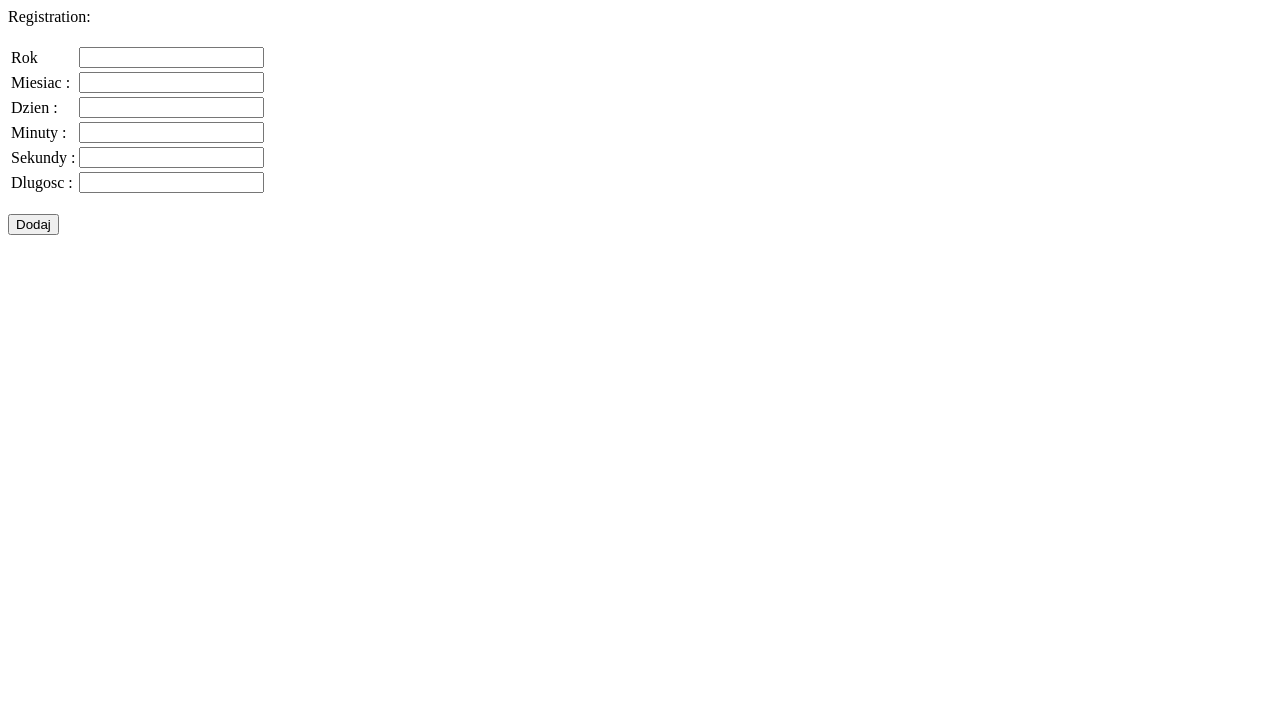
Repository: zlenyk/wrzucak
Page: Shop/WebContent/addTraining.html
An editor plug-in stored every save of this project. The page is shown before and after the next save, followed by the edit.
The browser window is 1280 px wide. The pictures show the whole page.

Above is the page before, as saved 2013-09-24 14:23:42.

### Shop/WebContent/addTraining.html
<!DOCTYPE html>
<html>
<head>
<meta charset="UTF-8">
<title>Insert title here</title>
</head>
<body>
<body class = "back">
  <form method="POST" action="http://localhost:8080/Shop/AddTraining">
    Registration:<br /><br />
    <div class="CSSTableGenerator" >
	    <table>
	    	<tr>
	    		<td>Rok</td> <td><input type="text" name="year" /></td>
	    	</tr>
	    	<tr>
	    		<td>Miesiac :</td> <td><input type="text" name="month" /></td>
	    	</tr>
	    	<tr>
	    		<td>Dzien :</td> <td><input type="text" name="day" /></td>
	    	</tr>
	    	<tr>
	    		<td>Minuty :</td> <td><input type="text" name="minutes" /></td>
	    	</tr>
	    	<tr>
	    		<td>Sekundy :</td> <td><input type="text" name="seconds" /></td>
	    	</tr>
	    	<tr>
	    		<td>Dlugosc :</td> <td><input type="text" name="length" /></td>
	    	</tr>
	    </table>
    </div>
    <br />
    <input type="submit" value="Dodaj" />
  </form>
</body>
</body>
</html>

### Shop/WebContent/style.css
@CHARSET "UTF-8";

html {
    font-family: sans-serif; /* 1 */
}

a {
    background: transparent;
}
a:active,
a:hover {
    outline: 0;
}
h1 {
    font-size: 2em;
    margin: 0.67em 0;
}

fieldset {
    border: 1px solid #c0c0c0;
    margin: 0 2px;
    padding: 0.35em 0.625em 0.75em;
}

button,
input,
select,
textarea {
    font-family: inherit; /* 1 */
    font-size: 100%; /* 2 */
    margin: 0; /* 3 */
}

.back {
	background-image:url("images/running_background.jpg");
	background-size:100% 650px;
}

ul, ul li {
	display: block;
	list-style: none;
	margin: 0;
	padding: 0;
}

ul {
	width: 150px;
	padding: 2px 2px 1px 2px;
	background-color: #9ce;
	border: 3px double #28e;
}

ul li {
	border-bottom: 1px solid #9ce;
}

ul a:link, ul a:visited {
	display: block;
	width: 126px;
	text-decoration: none;
	padding: 7px;
	font-weight: bold;
	background-color: #27c;
	color: #def;
	border-left: 10px solid #25b;
}

ul a:hover {
	width: 136px;
	background-color: #28e;
	color: #fff;
	border-left: 20px solid #26d;
}
.box
{
	font-size: 12px;
	margin: 45px;
	width: 480px;
	text-align: left;
	border-collapse: collapse;
}
.box th
{
	font-size: 13px;
	font-weight: normal;
	padding: 8px;
	background: #b9c9fe;
	border-top: 4px solid #aabcfe;
	border-bottom: 1px solid #fff;
	color: #039;
}
.box td
{
	padding: 8px;
	background: #e8edff;
	border-bottom: 1px solid #fff;
	color: #669;
	border-top: 1px solid transparent;
}
.box tr:hover td
{
	background: #d0dafd;
	color: #339;
}

After the next save:
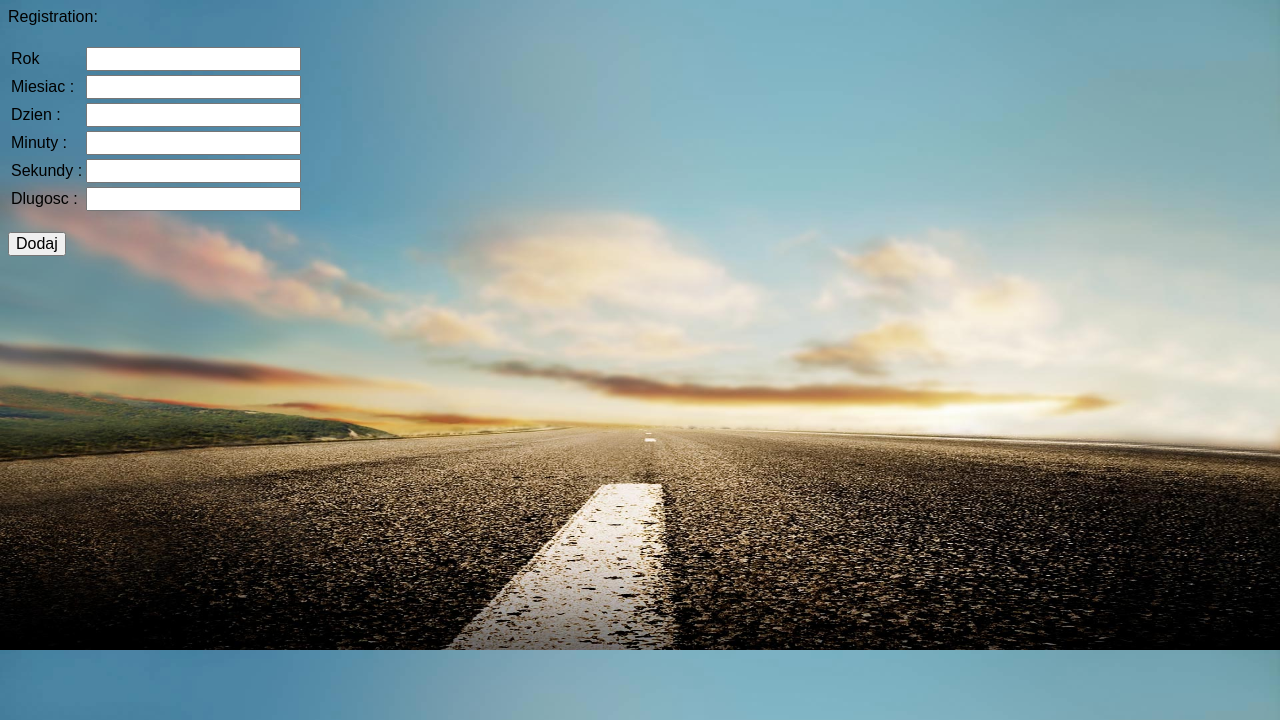
Saved 1 s later.
--- a/Shop/WebContent/addTraining.html
+++ b/Shop/WebContent/addTraining.html
@@ -2,9 +2,9 @@
 <html>
 <head>
 <meta charset="UTF-8">
+<link rel='Stylesheet' type='text/css' href='style.css' />
 <title>Insert title here</title>
 </head>
-<body>
 <body class = "back">
   <form method="POST" action="http://localhost:8080/Shop/AddTraining">
     Registration:<br /><br />
@@ -34,5 +34,4 @@
     <input type="submit" value="Dodaj" />
   </form>
 </body>
-</body>
 </html>
